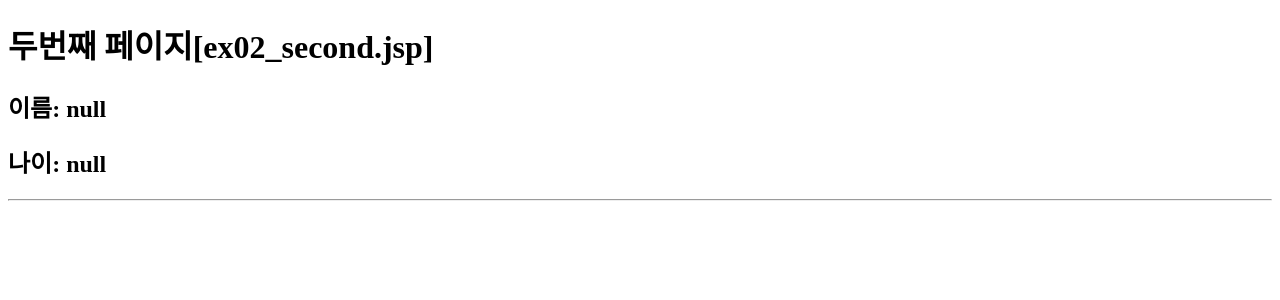
Repository: SeYoung1012/Bitcamp
Page: http://localhost/06_actiontag/ex02_first.jsp
The author's editor kept a copy of each file at every save. The page is drawn from the files as they stood at one save, then again after a run of saves.
The browser window is 1280 px wide. The pictures show the whole page.
The page is served by Tomcat 9.

Above is the page before, as saved 2021-09-29 03:13:10.

After the next 3 saves:
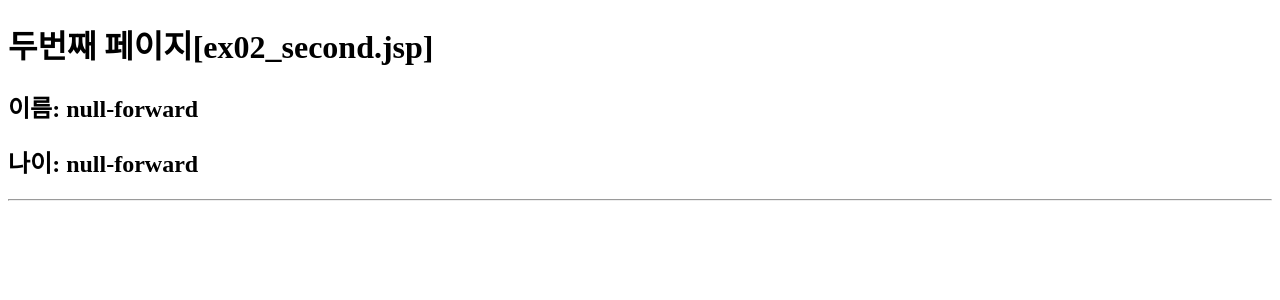
The 3 saves are shown as one change because 2 did not build or start.
The last was saved 6 min 24 s later.
--- a/60_web/06_actiontag/WebContent/ex02_first.jsp
+++ b/60_web/06_actiontag/WebContent/ex02_first.jsp
@@ -30,8 +30,8 @@
 	<%-- ==액션태그 forward == --%>
 	<h2> 파라미터 전달 forward(액션태그)</h2>
 	<jsp:forward page="ex02_second.jsp">
-		<jsp:param name="name" value="<%=name %>"/>
-		<jsp:param name="age" value="<%=age %>"/>
+		<jsp:param name="name" value='<%=name + "-forward" %>'/>
+		<jsp:param name="age" value='<%=age + "-forward"%>'/>
 	</jsp:forward>
 
 
